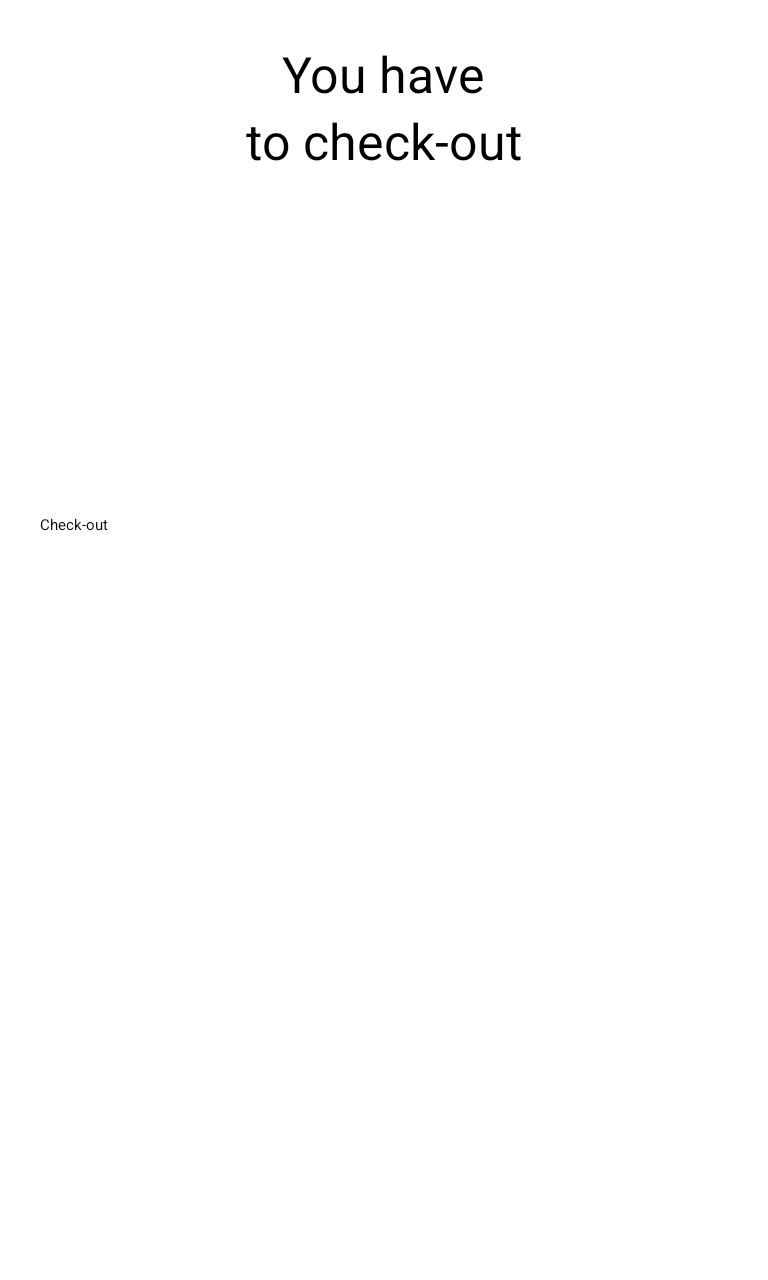
Repository: leo195162839/Test-Repo
Layout: TravelGuardian/res/layout/fragment_count__time__left.xml
An editor plug-in stored every save of this project. The layout is shown before and after the next save, followed by the edit.
It is drawn on a 768 x 1280 px phone screen (xhdpi) without system bars, with theme Theme.Base.AppCompat; the app's code is not run.

Above is the layout before, as saved 2014-06-15 17:53:41.

### TravelGuardian/res/layout/fragment_count__time__left.xml
<?xml version="1.0" encoding="utf-8"?>
<LinearLayout xmlns:android="http://schemas.android.com/apk/res/android"
    android:layout_width="match_parent"
    android:layout_height="match_parent"
    android:orientation="vertical" >

    <TextView
        android:id="@+id/time_left_content1"
        android:layout_width="wrap_content"
        android:layout_height="wrap_content"
        android:layout_gravity="center"
        android:textSize="25sp"
        android:paddingTop="20sp"
        android:text="@string/count_time_left1" />

        <TextView
        android:id="@+id/time_left_content2"
        android:layout_width="wrap_content"
        android:layout_height="wrap_content"
        android:layout_gravity="center"
        android:textSize="25sp"
        android:paddingBottom="150sp"
        android:text="@string/count_time_left2" />

    <Button
        android:layout_width="fill_parent"
        android:layout_height="wrap_content"
        android:padding="20sp"
        android:paddingBottom="100sp"
        android:onClick="checkedOut"
        android:text="@string/button_checkout" />



    <ProgressBar
        android:id="@+id/progressBar1"
        style="?android:attr/progressBarStyleHorizontal"
        android:layout_marginTop="152sp"
        android:layout_width="fill_parent"
        android:layout_height="wrap_content" />

</LinearLayout>

### TravelGuardian/res/values/strings.xml
<?xml version="1.0" encoding="utf-8"?>
<resources>

    <string name="app_name">Travel Guardian</string>
    <string name="hello_world">Hello world!</string>
    <string name="action_settings">Settings</string>
    <string name="button_login">Login</string>
    <string name="title_activity_start">Travel Guardian</string>
    <string name="logged_in_as">Logged in as</string>
    <string name="username">name@domain.com</string>
    <string name="button_sign_out">Sign Out</string>
    <string name="button_start">Start a Trip</string>
    <string name="title_activity_data_entry">Travel Guardian: Start a Trip</string>
    <string name="textView_emergency_contacts">Who would you like to contact in the event of an emergency?</string>
    <string name="edit_contacts">Enter an email address</string>
    <string name="textView_destination">Where will you be traveling to?</string>
    <string name="edit_destination">Enter location name or coordinates</string>
    <string name="textView_host">What is your host contact?</string>
    <string name="edit_host">Enter hotel/host contact info</string>
    <string name="textView_pingFrequency">GPS Ping Frequency: 0 hour(s)</string>
    <string name="button_setDate">Set Return Date</string>
    <string name="button_setTime">Set Return Time</string>
    <string name="button_startTrip">Start Trip</string>
    <string name="count_time_left1">You have</string>
    <string name="count_down_timer">29:12</string>>
    <string name="count_time_left2">to check-out</string>
    <string name="button_checkout">Check-out</string>
    <string name="title_activity_count__time__left">Count_Time_Left</string>
    <string name="title_activity_checked_out">CheckedOut</string>
    <string name="title_activity_broadcast">Broadcast</string>
    <string name="Sent_Notification">The following Emergency Broadcast Message has been sent to you emergency contact.</string>
    <string name="Broadcast_Message">TRAVEL GUARDIAN EMERGENCY NOTIFICATION:
                                     \nJane Doe failed to check out at 8:00pm.
                                     \nReported Destination: Vanoise National Park, Savoie, France
                                     \nLast GPS Ping: 41° 24\' 12.1674", 2° 10\' 26.508
                                     \n@ 7:45pm UTC 05/12/2014
                                     \nHost Contact: Hotel, (123) 281-2729</string>
    <string name="Congrats"><b>Congratulations!\nChecked Out Succefully!</b></string>

</resources>

After the next save:
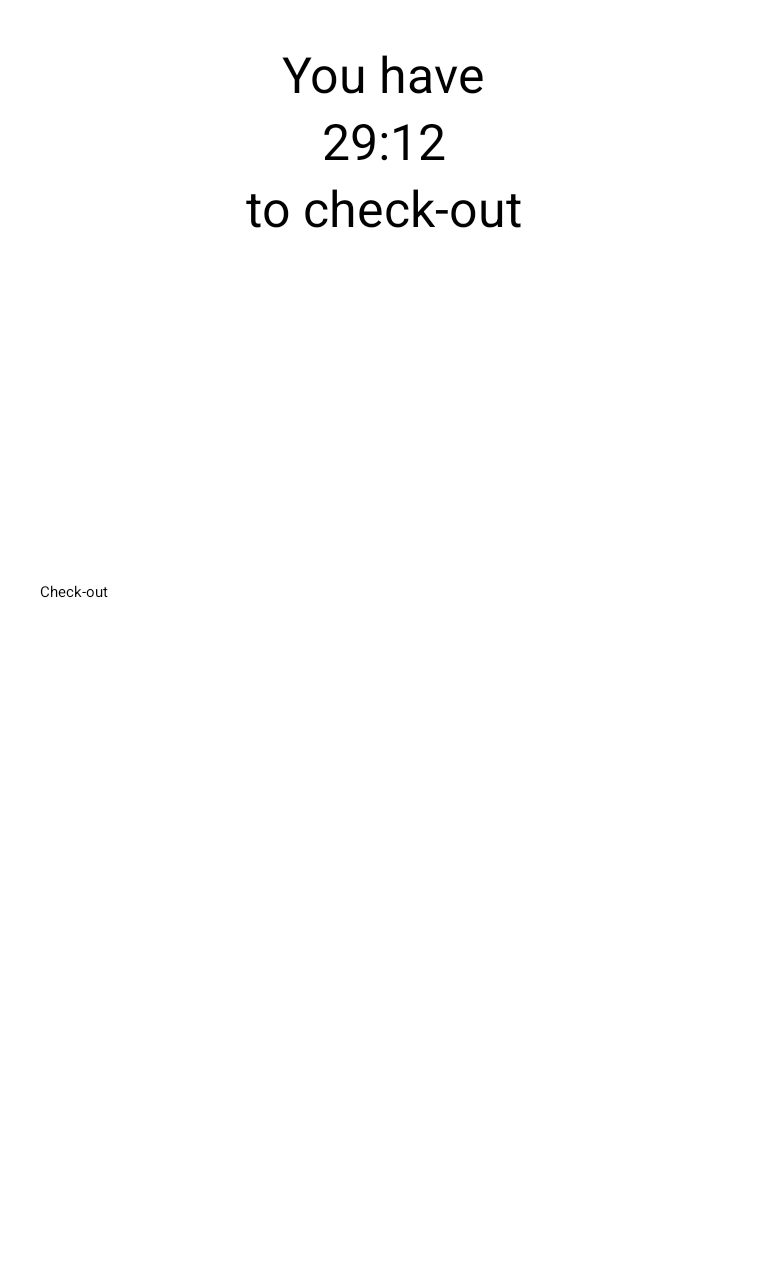
Saved 3 s later.
--- a/TravelGuardian/res/layout/fragment_count__time__left.xml
+++ b/TravelGuardian/res/layout/fragment_count__time__left.xml
@@ -13,7 +13,16 @@
         android:paddingTop="20sp"
         android:text="@string/count_time_left1" />
 
-        <TextView
+    <!-- need to change to count down timer -->>
+     <TextView
+        android:id="@+id/count_down_timer"
+        android:layout_width="wrap_content"
+        android:layout_height="wrap_content"
+        android:layout_gravity="center"
+        android:textSize="25sp"
+        android:text="@string/count_down_timer" />
+
+      <TextView
         android:id="@+id/time_left_content2"
         android:layout_width="wrap_content"
         android:layout_height="wrap_content"
